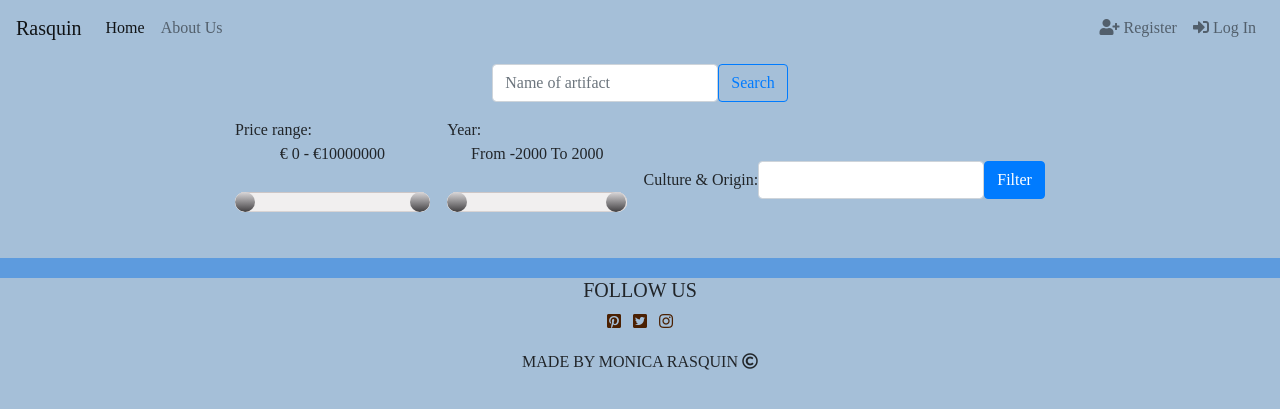
Repository: Rasquin/auction
Page: templates/base.html
The author's editor kept a record of every edit. The page is drawn from the files as they stood at one moment, then again after the next edit.
The browser window is 1280 px wide. The pictures show the whole page.
The template is drawn by Django 2.2. The application's start-up code is not run. Other server files are loaded and not shown. The template is opened directly, without the code that normally fills it, so the values that code supplies are empty.

Above is the page before.

### templates/base.html
<!DOCTYPE html>

{% load staticfiles %}


<html lang="en">

<head>
    <meta charset="UTF-8">
    <meta name="viewport" content="width=device-width, initial-scale=1.0">
    <meta http-equiv="X-UA-Compatible" content="ie=edge">

    <!-- favicon icon-->
	<link rel="shortcut icon" href="{% static 'icon/lizzy.ico' %}" />

    <!-- Bootstrap compiled and minified CSS -->
    <link rel="stylesheet" href="https://stackpath.bootstrapcdn.com/bootstrap/4.3.1/css/bootstrap.min.css" integrity="sha384-ggOyR0iXCbMQv3Xipma34MD+dH/1fQ784/j6cY/iJTQUOhcWr7x9JvoRxT2MZw1T" crossorigin="anonymous">

    <!-- Font Awesome compiled and minified CSS -->
    <link rel="stylesheet" href="{% static 'font-awesome/css/all.css' %}">



    <!-- Own CSS -->
    <link rel="stylesheet" href="{% static 'css/mystyle.css' %}" type="text/css" />


    <!-- Own Scripts -->
    <script type="text/javascript" src="{% static 'js/myscript.js' %}"></script>

    <title>{% block page_title %}{% endblock %}</title>

</head>


<body>
    <!-- NavBar area -->
    <nav class="navbar navbar-expand-lg navbar-light bg-light">
        <!-- NavBar Brand-->
        <a class="navbar-brand" href="#">Rasquin</a>
        <button class="navbar-toggler" type="button" data-toggle="collapse" data-target="#navbarSupportedContent" aria-controls="navbarSupportedContent" aria-expanded="false" aria-label="Toggle navigation">
            <span class="navbar-toggler-icon"></span>
        </button>

        <div class="collapse navbar-collapse" id="navbarSupportedContent">
            <!-- NavBar Home & ABout-->
            <ul class="navbar-nav mr-auto">
                <li class="nav-item active">
                    <a class="nav-link" href="{% url 'index' %}">Home <span class="sr-only">(current)</span></a>
                </li>
                <li class="nav-item">
                    <a class="nav-link" href="{% url 'about' %}">About Us</a>
                </li>

            </ul>
            <!-- NavBar User status-->
            <ul class="navbar-nav navbar-right">
                    {% if user.is_authenticated %}
                        <li class="nav-item">
                            <a class="nav-link" href="{% url 'profile' %}"><i class="fa fa-user"></i> Profile</a>
                        </li>
                        <li class="nav-item">
                            <a class="nav-link" href="{% url 'logout' %}"><i class="fa fa-sign-out-alt"></i> Log Out</a>
                        </li>
                        <li class="nav-item">
                            <a class="nav-link" href="{% url 'view_my_biddings' %}"><i class="fas fa-gavel"></i>My Biddings </a>
                        </li>
                    {%  else %}
                        <li class="nav-item">
                            <a class="nav-link" href="{% url 'register' %}"><i class="fa fa-user-plus"></i> Register</a>
                        </li>
                        <li class="nav-item">
                            <a class="nav-link" href="{% url 'login' %}"><i class="fa fa-sign-in-alt"></i> Log In</a>
                        </li>
                    {% endif %}
                </ul>
        </div>
    </nav>

    <!-- Search & Filter area -->

    <!-- Search -->
    <nav class="navbar navbar-light bg-light justify-content-center">
        <form action="{% url 'search_by_name' %}" method="get" class="form-inline ">
            {% csrf_token %}
            <input type="text" class="form-control" id="artifact_name" name="artifact_name" required placeholder="Name of artifact">
            <button class="btn btn-outline-primary  my-2 my-sm-0" type="search">Search</button>
        </form>
    </nav>


    <!-- Filters -->

    <nav class="navbar navbar-light bg-light justify-content-center">
        <form action="{% url 'filters' %}" method="get" class="form-inline">
            {% csrf_token %}
            <!-- Price Filter -->
            <div class="form-group mb-2" >
                <label for="amount">Price range:</label>

                <div class="col-11">
                    <section class="range-slider-price range-slider">
                        <span class="rangePriceValues rangeValues"></span>
                        <input value="0" min="0" max="10000000" step="5000" type="range" name="min_price">
                        <input value="10000000" min="0" max="10000000" step="5000" type="range" name="max_price">
                    </section>
                </div>
            </div>
            <!-- Year Filter -->
            <div class="form-group mb-2" >
                <label  for="amount">Year:</label>

                <div class="col-11">
                    <section class="range-slider-year range-slider">

                        <span class="rangeYearValues"></span>
                        <input value="-2000" min="-2000" max="2020" step="200" type="range" name="min_year">
                        <input value="2020" min="-2000" max="2020" step="200" type="range" name="max_year">
                    </section>
                </div>
            </div>
            <!-- Origin Filter -->
            <div class="form-group mb-2">
                <label for="origin">Culture & Origin:</label>
                <input type="text" class="form-control" id="artifact_origin" name="artifact_origin">
            </div>
            <!-- Filter Button -->

                <button class="btn btn-primary mb-2" type="search">Filter</button>


        </form>
    </nav>




    <!-- Messages area -->
    {% if messages %}
    <div class="alert alert-success">
            <div class="messages">
                {% for message in messages %}
                    {{ message }}
                {% endfor %}
            </div>
        </div>
    {% endif %}

    <!-- Content area -->
    <div class="container-general">

        <!-- Block content area -->
        <div class="container-fluid">
            {% block content %} {% endblock %}
        </div>

    </div>

    <!-- Footer area -->
    <footer class="container-fluid">


        <!-- SOCIAL MEDIA-->
        <div class="row ">
            <div class="col-12 text-center">
                <h5 class="text-uppercase">Follow Us</h5>
                <ul class="list-inline social-links">
                    <li class="list-inline-item"><a href="#"><i class="fab fa-pinterest-square"  aria-hidden="true"></i></a></li>
                    <li class="list-inline-item"><a href="#"><i class="fab fa-twitter-square" aria-hidden="true"></i></a></li>
                    <li class="list-inline-item"><a href="#"><i class="fab fa-instagram" aria-hidden="true"></i></a></li>
                </ul>
            </div>
        </div>

        <!--COPYRIGHT-->
        <div class="row ">
            <div class="col-12">

                <p class="text-center text-uppercase">Made by Monica Rasquin <i class="far fa-copyright"></i> </p>
            </div>
        </div>
    </footer>


    <!-- Bootstrap compiled and minified JavaScript -->
    <script src="https://code.jquery.com/jquery-3.3.1.slim.min.js" integrity="sha384-q8i/X+965DzO0rT7abK41JStQIAqVgRVzpbzo5smXKp4YfRvH+8abtTE1Pi6jizo" crossorigin="anonymous"></script>
    <script src="https://cdnjs.cloudflare.com/ajax/libs/popper.js/1.14.7/umd/popper.min.js" integrity="sha384-UO2eT0CpHqdSJQ6hJty5KVphtPhzWj9WO1clHTMGa3JDZwrnQq4sF86dIHNDz0W1" crossorigin="anonymous"></script>
    <script src="https://stackpath.bootstrapcdn.com/bootstrap/4.3.1/js/bootstrap.min.js" integrity="sha384-JjSmVgyd0p3pXB1rRibZUAYoIIy6OrQ6VrjIEaFf/nJGzIxFDsf4x0xIM+B07jRM" crossorigin="anonymous"></script>
    {% block head_js %} {% endblock %}

</body>
</html>

### static/js/myscript.js
//--------------------------------------Slider for Prices filter
function getPriceVals() {
    // Get slider price values
    var parent = this.parentNode;
    var slides = parent.getElementsByTagName("input");
    var slide1 = parseFloat(slides[0].value);
    var slide2 = parseFloat(slides[1].value);
    // Neither slider will clip the other, so make sure we determine which is larger
    if (slide1 > slide2) { var tmp = slide2;
        slide2 = slide1;
        slide1 = tmp; }

    var displayElement = parent.getElementsByClassName("rangePriceValues")[0];
    displayElement.innerHTML = "€ " + slide1 + " - €" + slide2;
}

//--------------------------------------Slider for Year filter
function getYearVals() {
    // Get Year slider values
    var parent = this.parentNode;
    var slides = parent.getElementsByTagName("input");
    var slide1 = parseFloat(slides[0].value);
    var slide2 = parseFloat(slides[1].value);
    // Neither slider will clip the other, so make sure we determine which is larger
    if (slide1 > slide2) { var tmp = slide2;
        slide2 = slide1;
        slide1 = tmp; }

    var displayElement = parent.getElementsByClassName("rangeYearValues")[0];
    displayElement.innerHTML = "From " + slide1 + " To " + slide2;
}

//----------------------------------------------- Initialize Sliders
window.onload = function() {
    // For Price
    var sliderSectionsPrice = document.getElementsByClassName("range-slider-price");
    for (var x = 0; x < sliderSectionsPrice.length; x++) {
        var slidersPrice = sliderSectionsPrice[x].getElementsByTagName("input");
        for (var y = 0; y < slidersPrice.length; y++) {
            if (slidersPrice[y].type === "range") {
                slidersPrice[y].oninput = getPriceVals;
                // Manually trigger event first time to display values
                slidersPrice[y].oninput();
            }
        }
    }
    // For Year
    var sliderSectionsYear = document.getElementsByClassName("range-slider-year");
    for (var x = 0; x < sliderSectionsYear.length; x++) {
        var slidersYear = sliderSectionsYear[x].getElementsByTagName("input");
        for (var y = 0; y < slidersYear.length; y++) {
            if (slidersYear[y].type === "range") {
                slidersYear[y].oninput = getYearVals;
                // Manually trigger event first time to display values
                slidersYear[y].oninput();
            }
        }
    }
}

Loaded but not shown: static/font-awesome/css/all.css (library); static/css/mystyle.css (common file)

After the next edit:
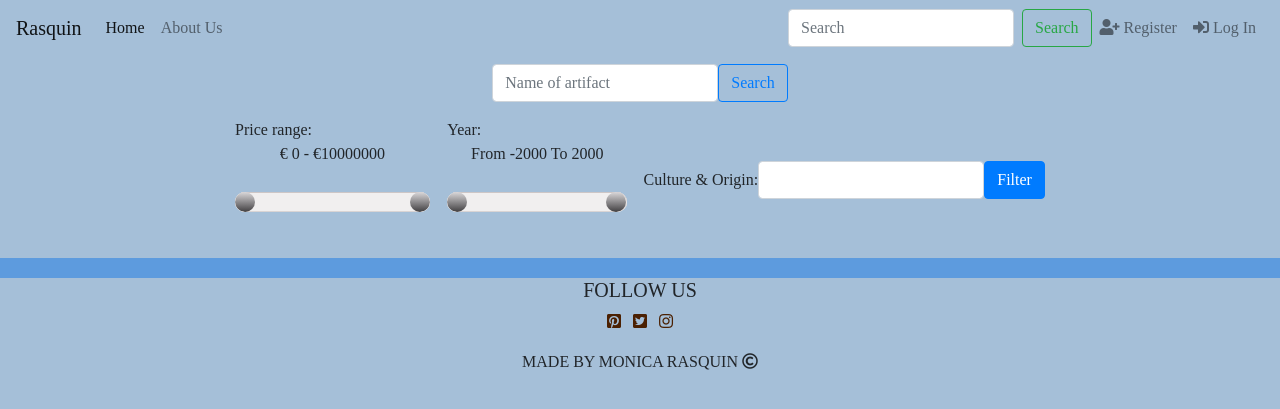
The edit:
--- a/templates/base.html
+++ b/templates/base.html
@@ -53,6 +53,11 @@
                 </li>
 
             </ul>
+
+            <form class="form-inline my-2 my-lg-0">
+                <input class="form-control mr-sm-2" type="search" placeholder="Search" aria-label="Search">
+                <button class="btn btn-outline-success my-2 my-sm-0" type="submit">Search</button>
+            </form>
             <!-- NavBar User status-->
             <ul class="navbar-nav navbar-right">
                     {% if user.is_authenticated %}
